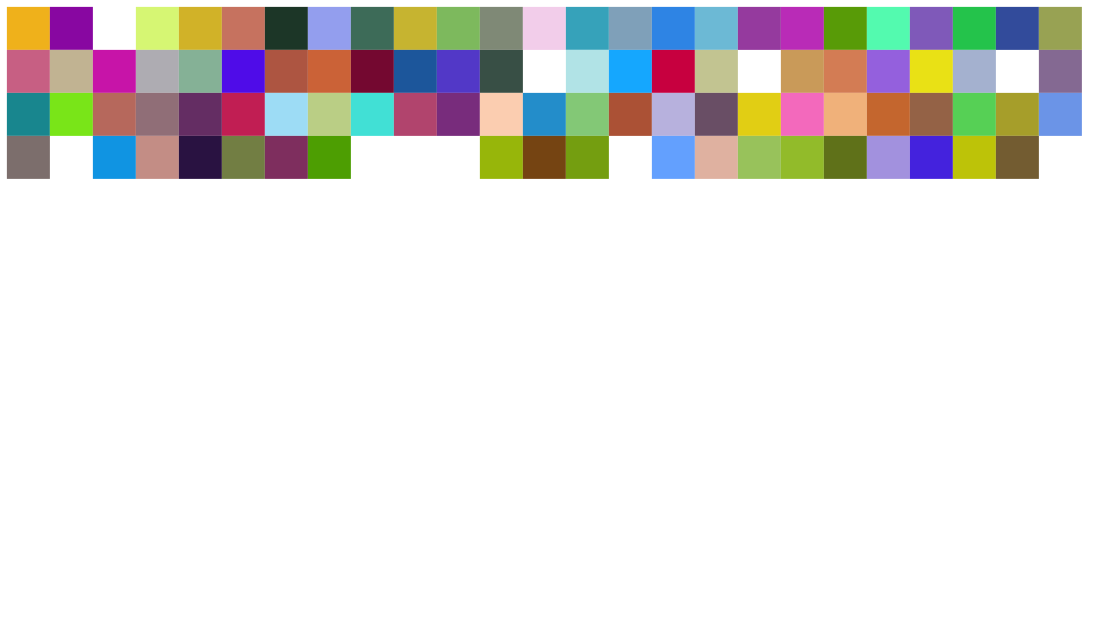
Repository: Modelc/ColorCodes
Page: index.html
The author's editor kept a copy of each file at every save. The page is drawn from the files as they stood at one save, then again after the next save.
The browser window is 1280 px wide. The pictures show the whole page, at 86% of full size.

Above is the page before, as saved 2022-12-06 09:58:45.

### index.html
<!-- index.html -->
<html>
  <head>
    <title>Color Generator</title>
    <style>
      #color-container {
        display: flex;
        flex-wrap: wrap;
      }

      .color-box {
        width: 50px;
        height: 50px;
        cursor: pointer;
      }

      .color-box:hover {
        position: relative;
      }

      .color-box:hover:after {
        content: attr(data-hex);
        position: absolute;
        bottom: 5px;
        right: 5px;
        background-color: white;
        padding: 5px;
      }
    </style>
  </head>
  <body>
    <div id="color-container"></div>
    <script>
      const colorContainer = document.getElementById("color-container");

      for (let i = 0; i < 100; i++) {
        // Generate a random color code in the hexadecimal format
        const colorCode =
          "#" + Math.floor(Math.random() * 16777215).toString(16);

        // Create a new "color-box" div element and set its background color to the generated color code
        const colorBox = document.createElement("div");
        colorBox.classList.add("color-box");
        colorBox.style.backgroundColor = colorCode;
        colorBox.setAttribute("data-hex", colorCode);

        // Add the "color-box" div element to the "color-container" div element
        colorContainer.appendChild(colorBox);
      }
    </script>
  </body>
</html>

After the next save:
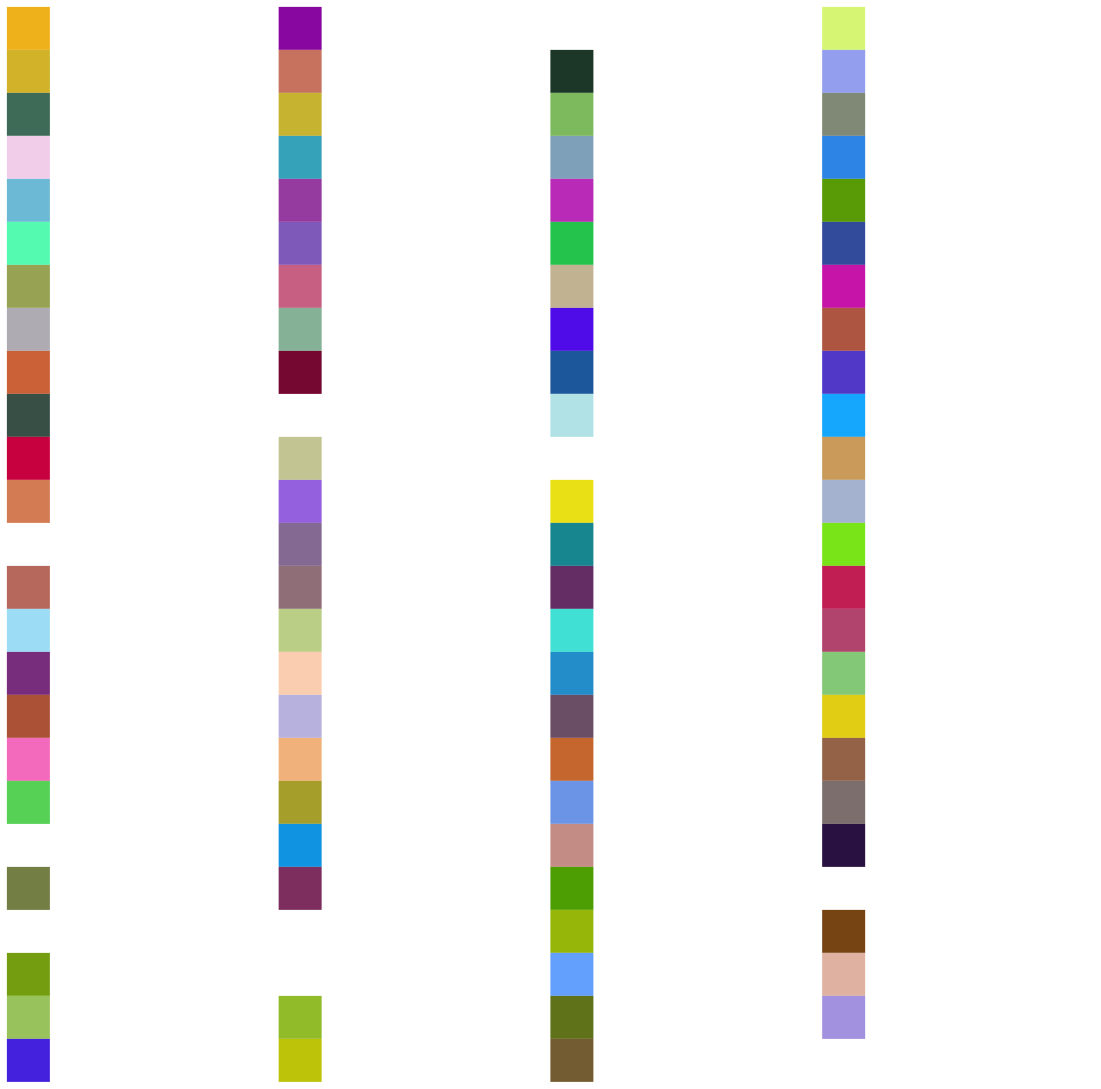
Saved 80 s later.
--- a/index.html
+++ b/index.html
@@ -4,14 +4,14 @@
     <title>Color Generator</title>
     <style>
       #color-container {
-        display: flex;
-        flex-wrap: wrap;
+        display: grid;
+        grid-template-columns: repeat(4, 1fr);
       }
 
       .color-box {
+        cursor: pointer;
         width: 50px;
         height: 50px;
-        cursor: pointer;
       }
 
       .color-box:hover {
